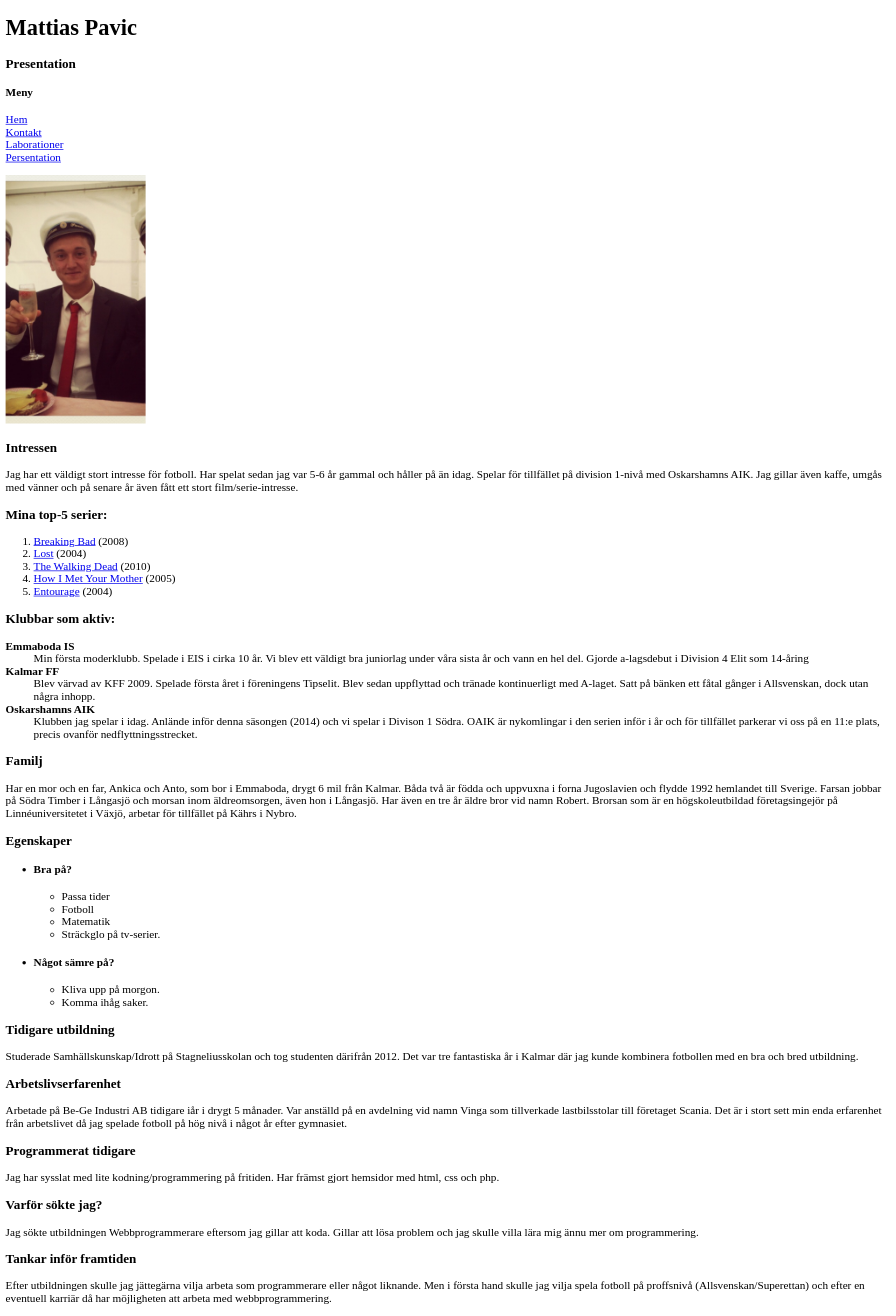
Repository: mp222sf/1ik415-laborationer
Page: pages/presentation.html
The author's editor kept a record of every edit. The page is drawn from the files as they stood at one moment, then again after the next edit.
The browser window is 1280 px wide. The pictures show the part of the page from y = 0 to 1920 px (the page is 1880 px tall before and 2661 px after), at 70% of full size.

Above is the page before.

After the next edit:
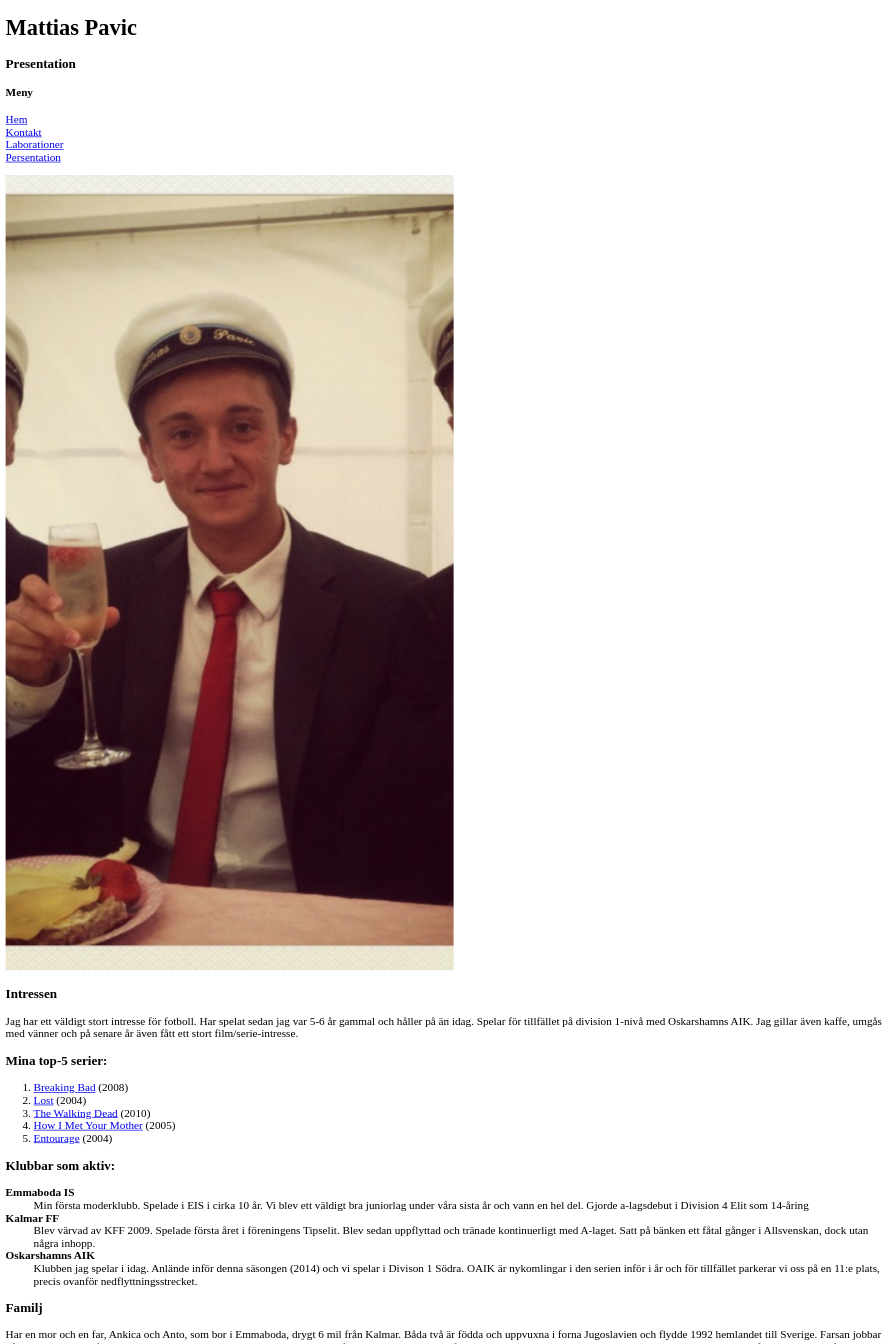
The edit:
--- a/pages/presentation.html
+++ b/pages/presentation.html
@@ -17,7 +17,7 @@
 
                 <!--Här skriver vi infomationen om mina intressen.-->
 
-                <p><img id="jag_presentation" src="../pics/jag_presentation.jpg" width="200px"></p>
+                <p><img id="jag_presentation" src="../pics/jag_presentation.jpg" alt="Bild på Mattias Pavic" /></p>
 
                 <h3>Intressen</h3>
                 <p> Jag har ett väldigt stort intresse för fotboll. Har spelat sedan jag var 5-6 år gammal och håller på än idag.
